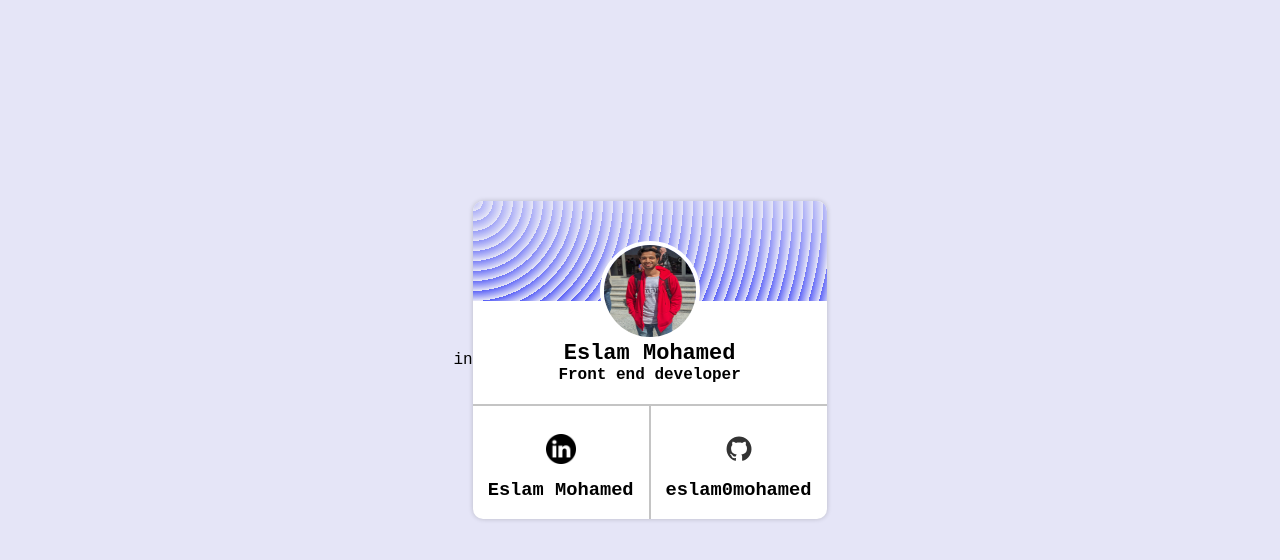
Repository: Eslam0Mohamed/profile-card-component
Page: index.html
These files come from the project's save history. The page is drawn as it stood at one moment and after the next save; the edit follows.
The browser window is 1280 px wide. The pictures show the whole page.

Above is the page before, as saved 2024-07-25 18:50:08.

After the next save:
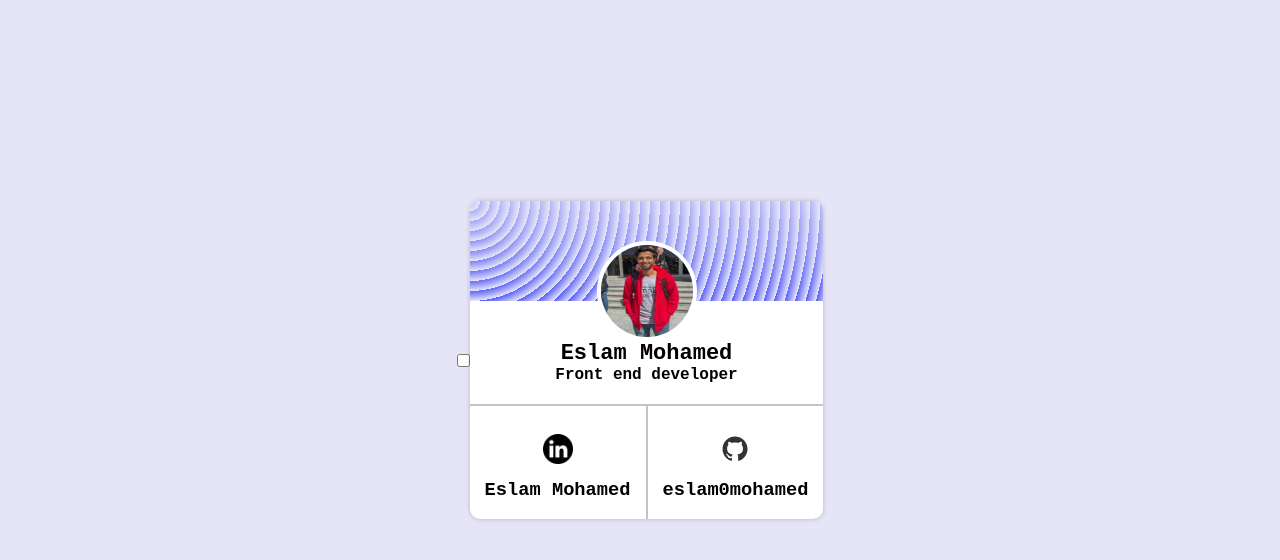
Saved 23 s later.
--- a/index.html
+++ b/index.html
@@ -7,7 +7,7 @@
     <link rel="stylesheet" href="style.css" />
   </head>
   <body>
-    <div class="container">in
+    <div class="container"><input type="checkbox" name="" id="">
       <div class="lights">
 
       </div>
